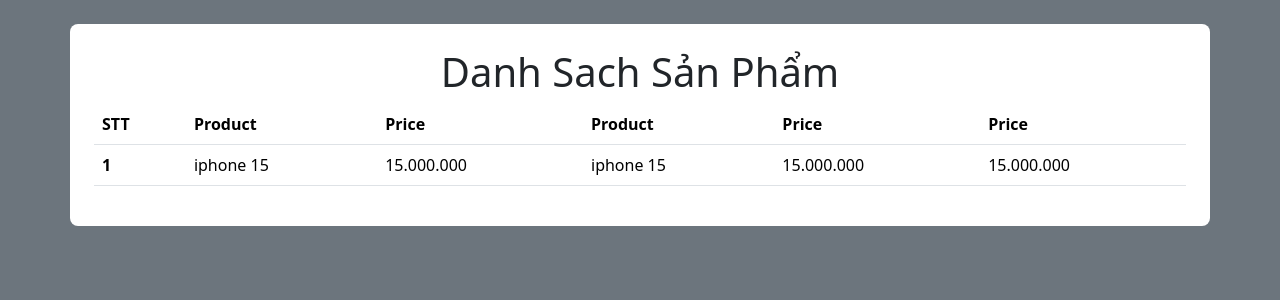
Repository: HT-35/iuh
Page: thi GK/listProduct.html
These files come from the project's save history. The page is drawn as it stood at one moment and after the next save; the edit follows.
The browser window is 1280 px wide. The pictures show the whole page.
The page's requests for data from a server got no answer.

Above is the page before, as saved 2024-03-27 18:29:50.

After the next save:
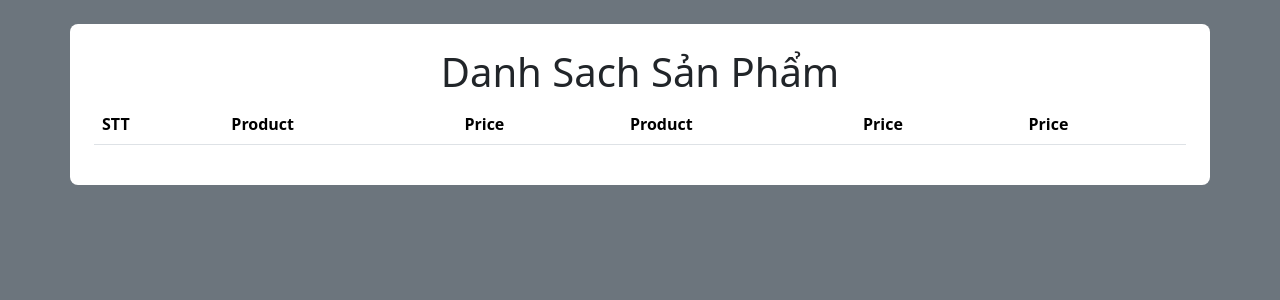
Saved 16 s later.
--- a/thi GK/listProduct.html
+++ b/thi GK/listProduct.html
@@ -37,14 +37,14 @@
                 </tr>
               </thead>
               <tbody id="insertData">
-                <tr>
+                <!-- <tr>
                   <th scope="row">1</th>
                   <td>iphone 15</td>
                   <td>15.000.000</td>
                   <td>iphone 15</td>
                   <td>15.000.000</td>
                   <td>15.000.000</td>
-                </tr>
+                </tr> -->
 
               </tbody>
             </table>
